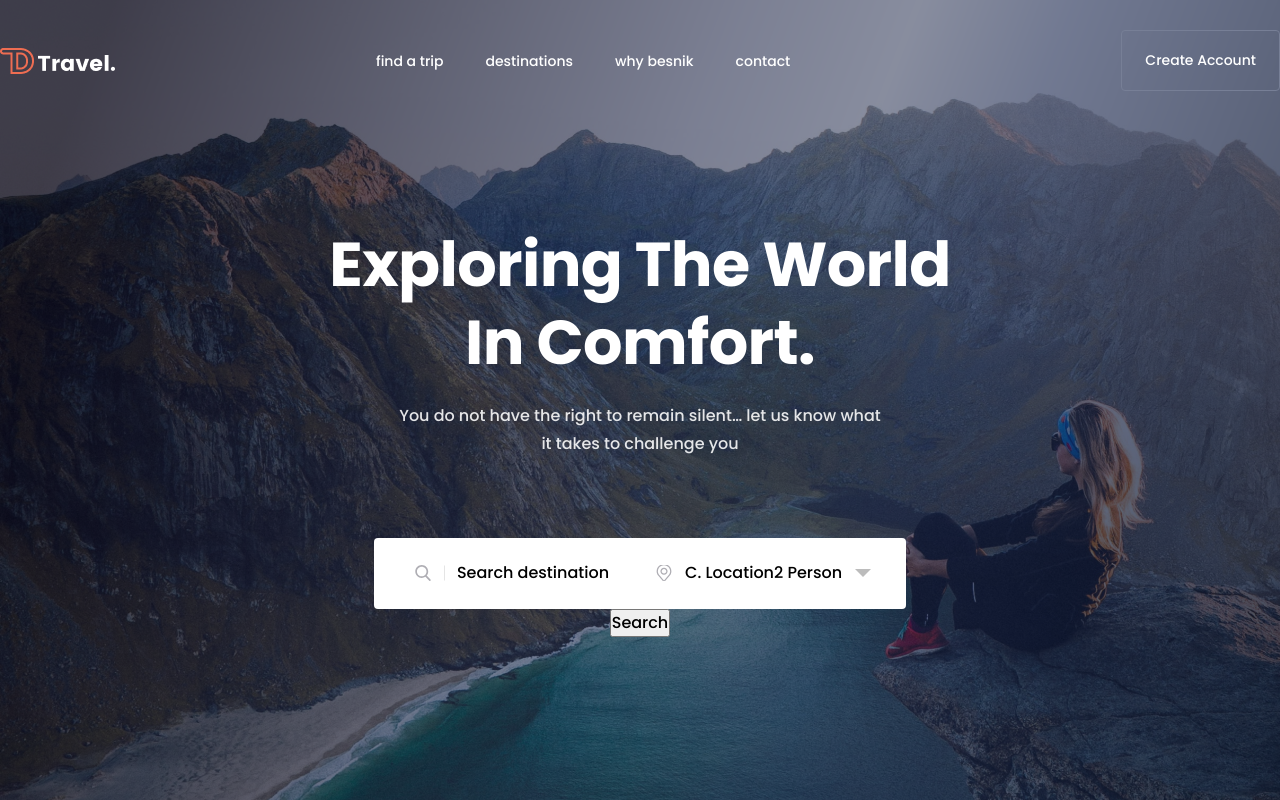
Repository: hoang0508/LandingPage-CodeTravel2
Page: index.html
The author's editor kept a copy of each file at every save. The page is drawn from the files as they stood at one save, then again after the next save.
The browser window is 1280 px wide. The pictures show the whole page.
The style sheet was rebuilt from its Sass, Less or Tailwind sources for each picture, by a compiler version that may differ from the author's.

Above is the page before, as saved 2022-09-15 17:13:48.

### index.html
<!DOCTYPE html>
<html lang="en">
  <head>
    <meta charset="UTF-8" />
    <meta http-equiv="X-UA-Compatible" content="IE=edge" />
    <meta name="viewport" content="width=device-width, initial-scale=1.0" />
    <title>Travale LandingPage</title>
    <link rel="stylesheet" href="./css/style.css" />
  </head>
  <body>
    <div class="wrapper">
      <!-- HEADER -->
      <header class="header">
        <div class="container">
          <div class="header-main">
            <div class="header-logo">
              <img src="./images/Logo.png" alt="Logo" />
            </div>
            <nav class="header-menu">
              <ul class="header-menu--list">
                <li class="header-menu--item">
                  <a href="#" class="header-menu--link">FIND A TRIP</a>
                </li>
                <li class="header-menu--item">
                  <a href="#" class="header-menu--link">DESTINATIONS</a>
                </li>
                <li class="header-menu--item">
                  <a href="#" class="header-menu--link">WHY BESNIK</a>
                </li>
                <li class="header-menu--item">
                  <a href="#" class="header-menu--link">CONTACT</a>
                </li>
              </ul>
            </nav>
            <div class="header-button">
              <button class="button button-acount">Create Account</button>
            </div>
          </div>

          <div class="header-content">
            <h1 class="header-content--title">
              Exploring The World In Comfort.
            </h1>
            <p class="header-content--desc">
              You do not have the right to remain silent… let us know what it
              takes to challenge you
            </p>
            <div class="header-form">
              <div class="header-content--form">
                <div class="form-down">
                  <div class="form-down--col">
                    <div class="form-down--icon">
                      <img src="./images/icon-search.svg" alt="" />
                    </div>
                    <div class="form-down--text form-down--text-border"></div>
                      <span class="form-down--text-txt">Search destination</span>
                    </div>
                  <div class="form-down--col">
                    <div class="form-down--icon">
                      <img src="./images/icon-loacation.svg" alt="" />
                    </div>
                    <span class="form-down--text">C. Location</span>
                  </div>
                  <div class="form-down--col">
                    <span class="form-down--text">2 Person</span>
                    <div class="form-down--icon">
                      <img src="./images/icon-arrow.svg" alt="" />
                    </div>
                  </div>
                </div>
                </div>
              </div>
              <button>Search</button>
            </div>
          </div>
        </div>
      </header>
    </div>
  </body>
</html>

### sass/main.scss
@import "reset";
@import "variable";
@import "typography";
@import "base";
@import "global";
@import "header";

### sass/_reset.scss
*,
*::before,
*::after {
  box-sizing: border-box;
}
* {
  margin: 0;
  padding: 0;
  font: inherit;
}
body {
  line-height: 1.5;
}
img,
picture,
video,
canvas,
svg {
  display: block;
  max-width: 100%;
}
input,
button,
textarea,
select {
  outline: none;
}
p,
h1,
h2,
h3,
h4,
h5,
h6 {
  overflow-wrap: break-word;
}

a {
  text-decoration: none;
}

ul,
li {
  list-style: none;
}

### sass/_variable.scss
$text-white: #fff;
$primary-color: #34a5e4;

### sass/_typography.scss
@font-face {
  font-family: "Poppins";
  src: url("../fonts/Poppins-Regular.ttf") format("opentype");
  font-style: normal;
  font-display: auto;
  font-weight: 400;
}

@font-face {
  font-family: "Poppins";
  src: url("../fonts/Poppins-Light.ttf") format("opentype");
  font-style: normal;
  font-display: auto;
  font-weight: 300;
}

@font-face {
  font-family: "Poppins";
  src: url("../fonts/Poppins-Medium.ttf") format("opentype");
  font-style: normal;
  font-display: auto;
  font-weight: 500;
}

@font-face {
  font-family: "Poppins";
  src: url("../fonts/Poppins-SemiBold.ttf") format("opentype");
  font-style: normal;
  font-display: auto;
  font-weight: 600;
}

@font-face {
  font-family: "Poppins";
  src: url("../fonts/Poppins-Thin.ttf") format("opentype");
  font-style: normal;
  font-display: auto;
  font-weight: 100;
}

@font-face {
  font-family: "Poppins";
  src: url("../fonts/Poppins-Bold.ttf") format("opentype");
  font-style: normal;
  font-display: auto;
  font-weight: 700;
}

### sass/_base.scss
body {
  font-family: "Poppins", sans-serif;
  font-weight: 500;
}

.wrapper {
  max-width: 1600px;
  margin: 0 auto;
}

.container {
  max-width: 1280px;
  margin: 0 auto;
}

### sass/_global.scss
button.button {
  display: inline-block;
  border: 0;
  cursor: pointer;
  color: $text-white;
  &-acount {
    background-color: transparent;
    padding: 19px 23px;
    border: 1.5px solid #777f96;
    border-radius: 4px;
    font-size: 14px;
  }
}

### sass/_header.scss
.header {
  background-image: url("../images/header-img.png");
  min-height: 800px;
  background-size: cover;
  background-repeat: repeat;
  padding-top: 30px;
  &-main {
    display: flex;
    align-items: center;
    margin-bottom: 135px;
  }
  &-logo {
    margin-right: 261px;
  }
  &-menu {
    &--list {
      display: flex;
      align-items: center;
      gap: 0 42px;
      margin-right: 225px;
    }
    &--link {
      color: $text-white;
      text-transform: lowercase;
      font-size: 14px;
    }
  }
  &-button {
    margin-left: auto;
  }
  &-form {
    display: flex;
    justify-content: center;
    align-items: center;
    gap: 0 20px;
  }
  &-content {
    text-align: center;
    &--title {
      max-width: 640px;
      width: 100%;
      margin: 0 auto;
      font-size: 62px;
      font-weight: 700;
      color: $text-white;
      margin-bottom: 20px;
      letter-spacing: -0.01em;
      line-height: 78px;
    }
    &--desc {
      max-width: 493px;
      margin: 0 auto;
      color: #ffffff;
      font-weight: 500;
      mix-blend-mode: normal;
      opacity: 0.88;
      line-height: 28px;
      margin-bottom: 80px;
    }
    &--form {
      background-color: #ffffff;
      padding: 23px 35px 24px 41px;
      border-radius: 4px;
      box-shadow: 0px 40px 80px -22px rgba(98, 89, 89, 0.09);
      .form-down {
        display: flex;
        align-items: center;
        &--col {
          display: flex;
          align-items: center;
          gap: 0 13px;
          &:nth-child(1) {
            margin-right: 43px;
          }
        }
        &--text-border {
          position: relative;
          &::before {
            position: absolute;
            content: "";
            width: 1px;
            height: 15px;
            background: #e5e5e5;
            top: 50%;
            transform: translateY(-50%);
          }
        }
        &--text-txt {
          margin-right: 4px;
        }
        &--icon {
          width: 16px;
          height: 16px;
          display: inline-block;
          img {
            width: 100%;
            height: 100%;
            object-fit: cover;
          }
        }
      }
    }
  }
}

After the next save:
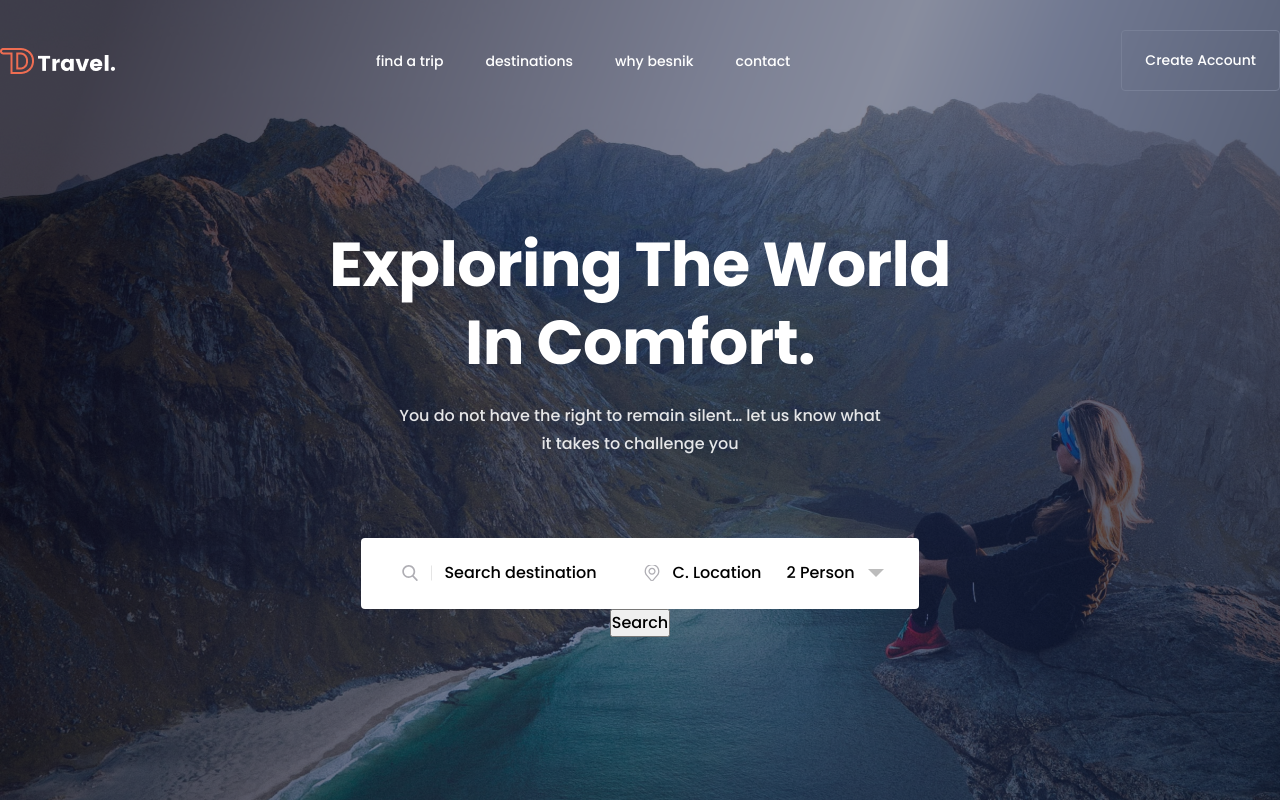
Saved 24 s later.
--- a/sass/_header.scss
+++ b/sass/_header.scss
@@ -72,6 +72,9 @@
           &:nth-child(1) {
             margin-right: 43px;
           }
+          &:nth-child(3) {
+            margin-left: 25px;
+          }
         }
         &--text-border {
           position: relative;
